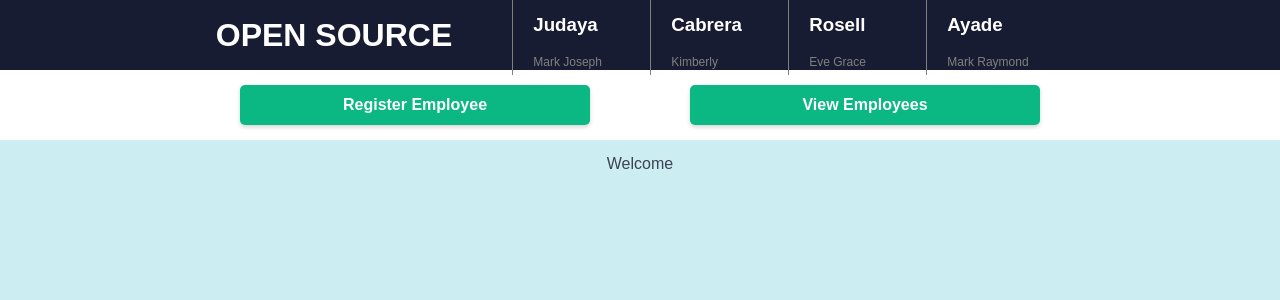
Repository: azkalonz/Int-Prog-2
Page: http://localhost/Int_Prog_2/?page=home
An editor plug-in stored every save of this project. The page is shown before and after the next save, followed by the edit.
The browser window is 1280 px wide. The pictures show the whole page.
The page is served by Tomcat 9.

Above is the page before, as saved 2021-03-02 12:08:21.

After the next save:
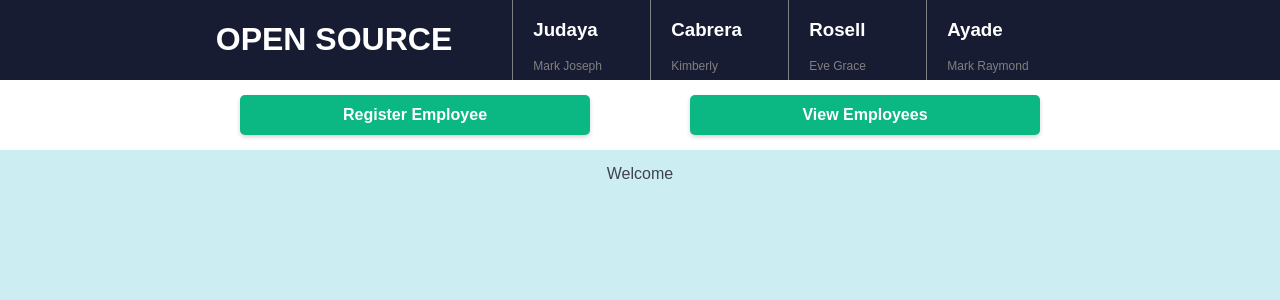
Saved 34 s later.
--- a/Int Prog 2/WebContent/css/style.css
+++ b/Int Prog 2/WebContent/css/style.css
@@ -12,7 +12,6 @@ body {
 
 header {
   width: 100%;
-  height: 70px;
   background: rgb(24, 28, 50);
   display: flex;
   align-items: center;
